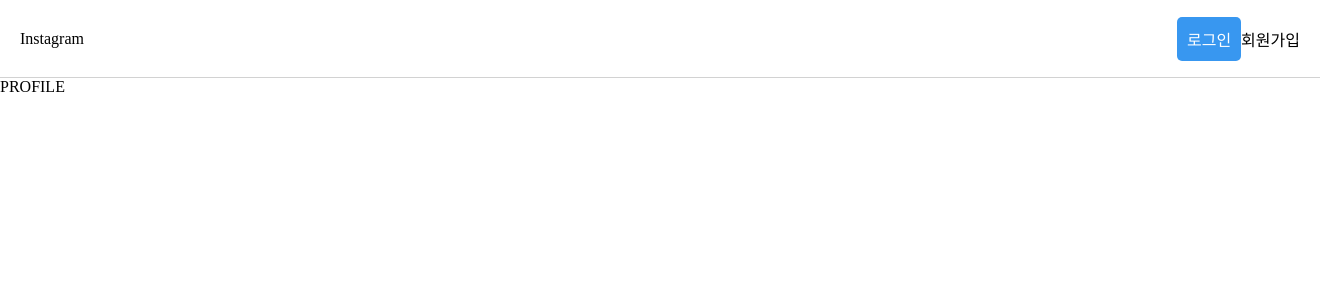
Repository: junshock5/RubyTest
Page: insta.html
The author's editor kept a record of every edit. The page is drawn from the files as they stood at one moment, then again after the next edit.
The browser window is 1280 px wide. The page is 1320 px wide, so the pictures cover 1320 px, including what lies to the right of the window. The pictures show the whole page.

Above is the page before.

After the next edit:
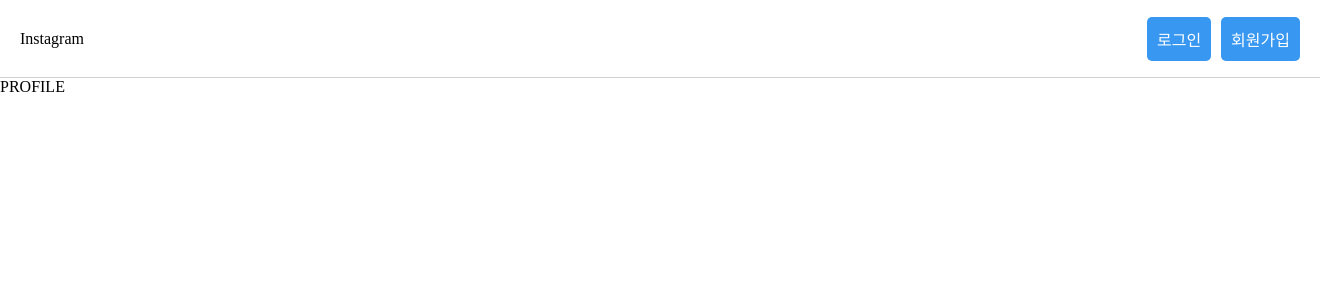
The edit:
--- a/css/insta.css
+++ b/css/insta.css
@@ -26,6 +26,14 @@
     border-radius: 5px;
     margin-left: 10px;
 }
+
+.auth_button2{
+    padding: 10px;
+    background-color: #3897F0;
+    color: white;
+    border-radius: 5px;
+    margin-left: 10px;
+}
 .profile_container{
 
 }
